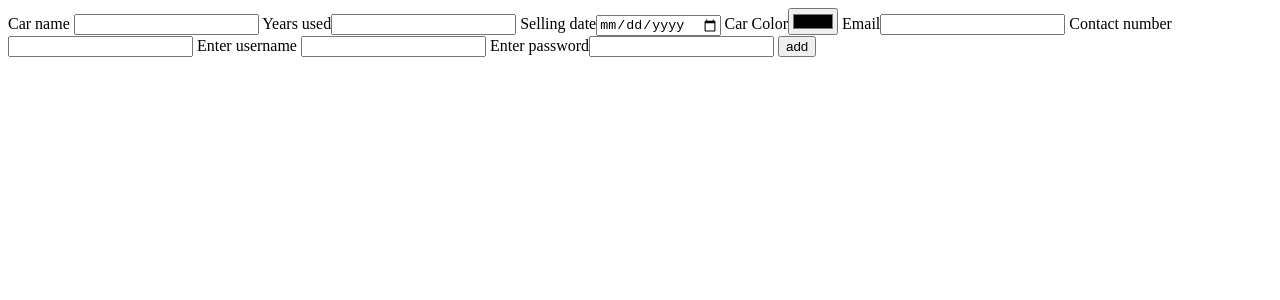
Repository: parthp17/273-Homework1
Page: Homework1/workspace/homework1/WebContent/InputTypes.html
An editor plug-in stored every save of this project. The page is shown before and after the next save, followed by the edit.
The browser window is 1280 px wide. The pictures show the whole page.

Above is the page before, as saved 2016-09-09 15:58:24.

### Homework1/workspace/homework1/WebContent/InputTypes.html
<html>
<head>

</head>
<body>
<form action="welcome.html">
	Car name
	<input type="text" name="name" id="name">
	Years used<input type = "number" name = "yearsUsed" id = "yearsUsed">

	Selling date<input type="date" name="sellingDate" id = "sellingDate">
	 Car Color<input type="color" name="carcolor" id = "carcolor">
	 Email<input type = "email" id = "email">
	 Contact number <input type= "tel" name = "contactnum" id = "contactnum">
	 Enter username <input type = "text" id ="username">
	 Enter password<input type = "password" max="16" min = "8" id = "password">

	<input type="submit" value="add" onclick="f1()" id="b">

</form>
	</table>
</body>
</html>

After the next save:
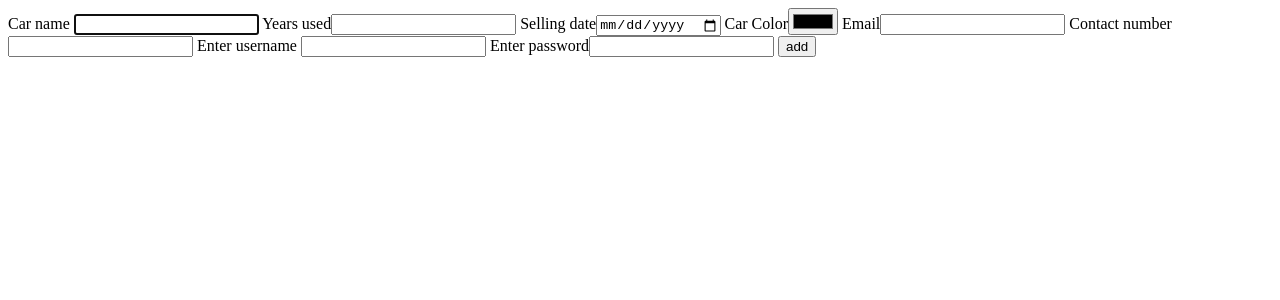
Saved 14 min 39 s later.
--- a/Homework1/workspace/homework1/WebContent/InputTypes.html
+++ b/Homework1/workspace/homework1/WebContent/InputTypes.html
@@ -5,7 +5,7 @@
 <body>
 <form action="welcome.html">
 	Car name
-	<input type="text" name="name" id="name">
+	<input type="text" name="name" id="name" autofocus="autofocus">
 	Years used<input type = "number" name = "yearsUsed" id = "yearsUsed">
 
 	Selling date<input type="date" name="sellingDate" id = "sellingDate">
